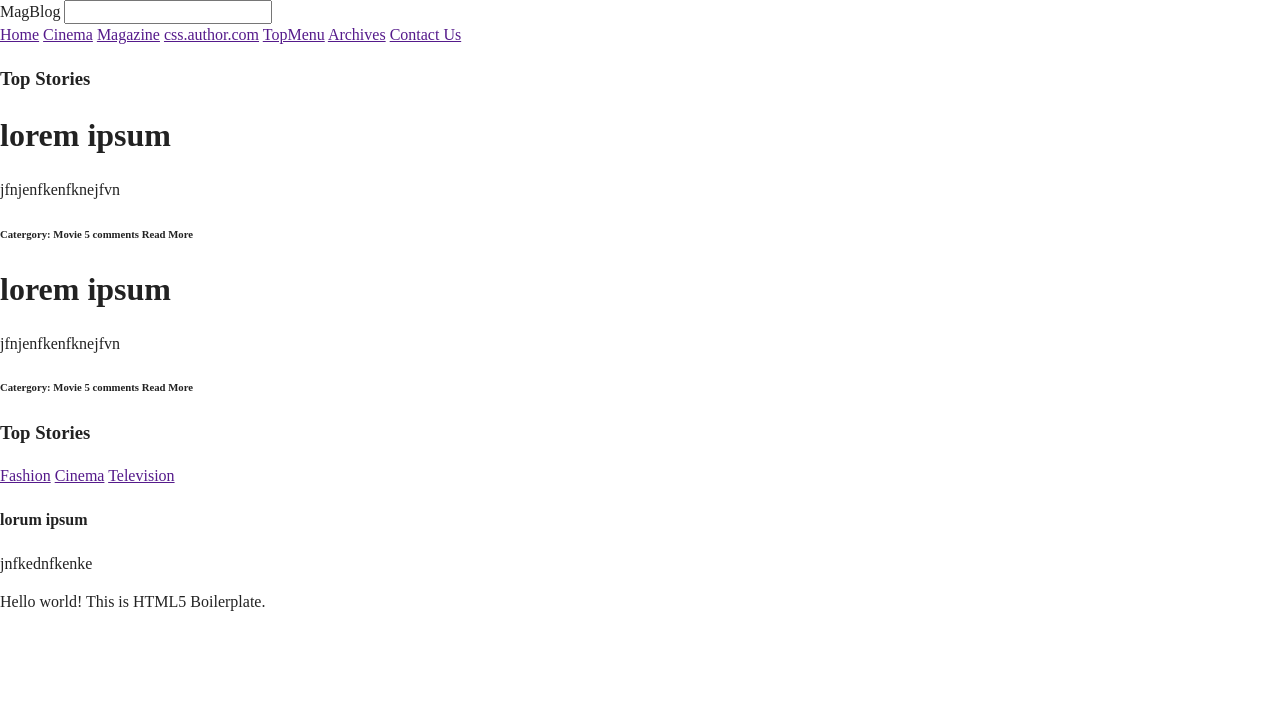
Repository: bguemos/project1lab3
Page: index.html
These files come from the project's save history. The page is drawn as it stood at one moment and after the next save; the edit follows.
The browser window is 1280 px wide. The pictures show the whole page.

Above is the page before, as saved 2023-01-17 21:33:26.

After the next save:
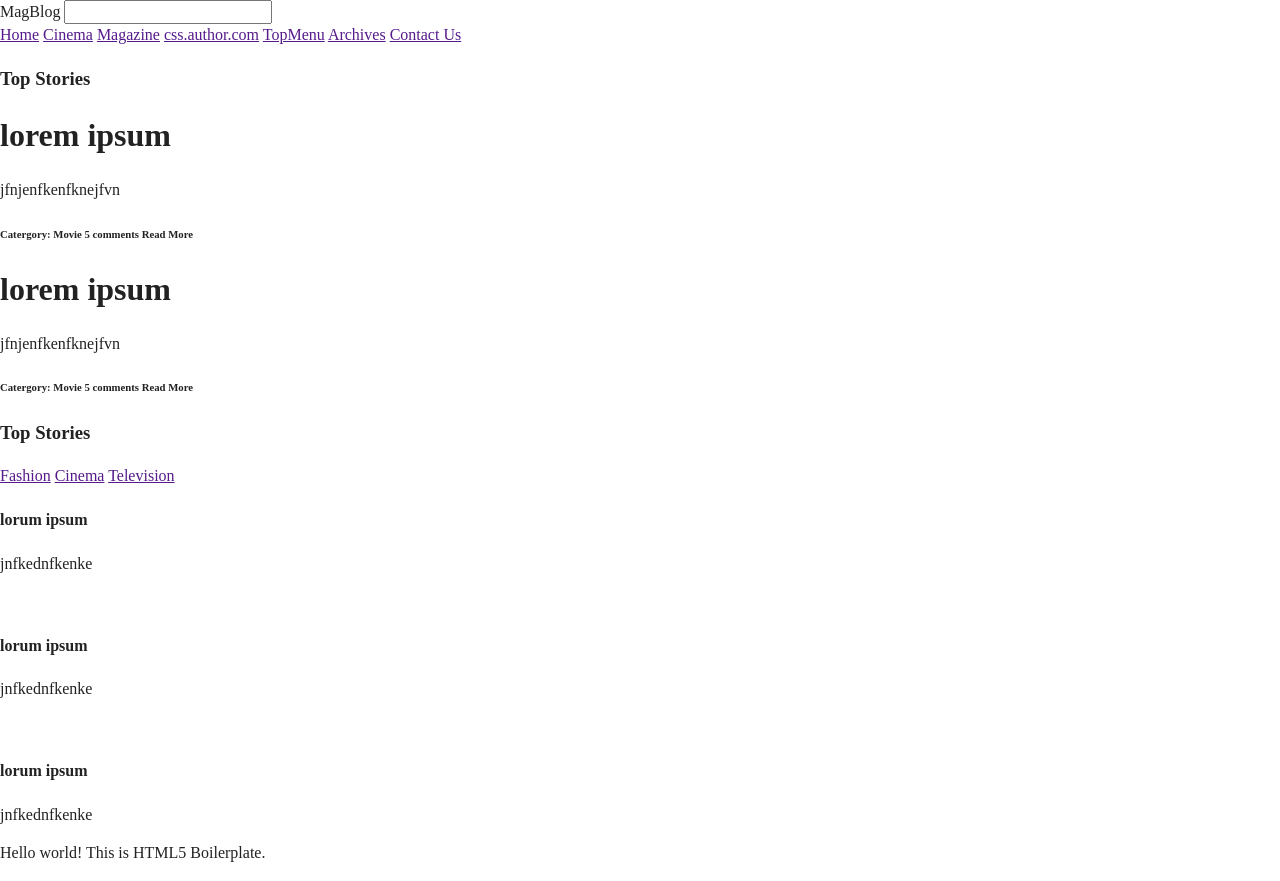
Saved 28 s later.
--- a/index.html
+++ b/index.html
@@ -61,6 +61,12 @@
       <a href>Television</a>
       <h4>lorum ipsum</h4>
       <p>jnfkednfkenke</p>
+      <br>
+      <h4>lorum ipsum</h4>
+      <p>jnfkednfkenke</p>
+      <br>
+      <h4>lorum ipsum</h4>
+      <p>jnfkednfkenke</p>
 
     </div>
  </div>
